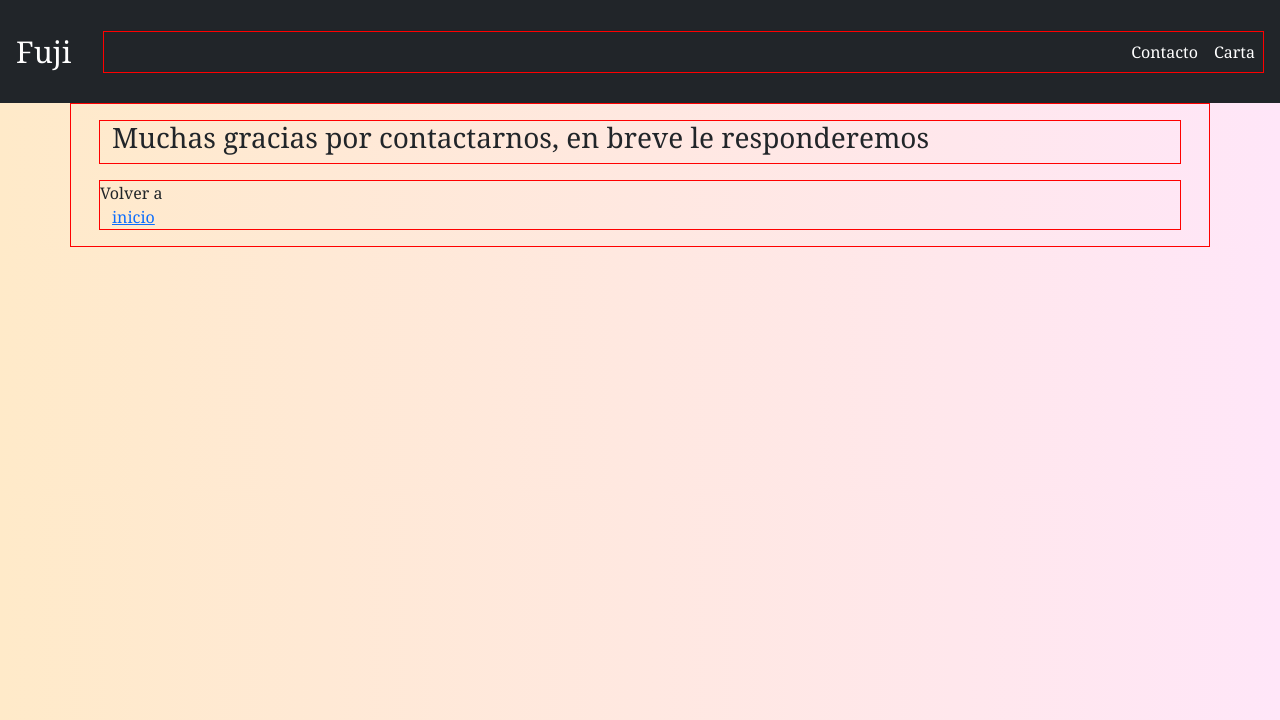
Repository: aipacheco/Fuji-restaurante
Page: answer.html
The author's editor kept a copy of each file at every save. The page is drawn from the files as they stood at one save, then again after the next save.
The browser window is 1280 px wide. The pictures show the whole page.
Some web libraries are served in a nearby version.

Above is the page before, as saved 2024-01-29 18:09:23.

After the next save:
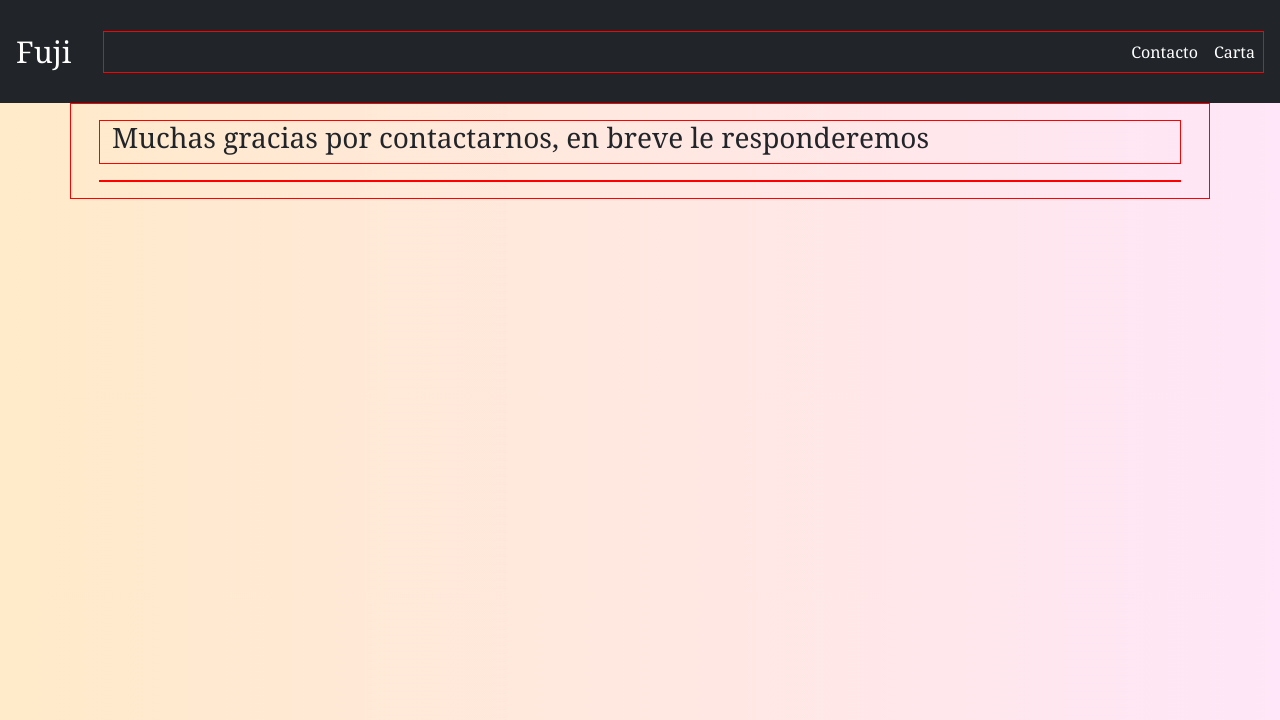
Saved 17 s later.
--- a/answer.html
+++ b/answer.html
@@ -53,7 +53,7 @@
         <h3>Muchas gracias por contactarnos, en breve le responderemos</h3>
       </div>
       <div class="row m-3">
-        Volver a &nbsp;<a href="./index.html">inicio</a>
+
       </div>
     </div>
 
